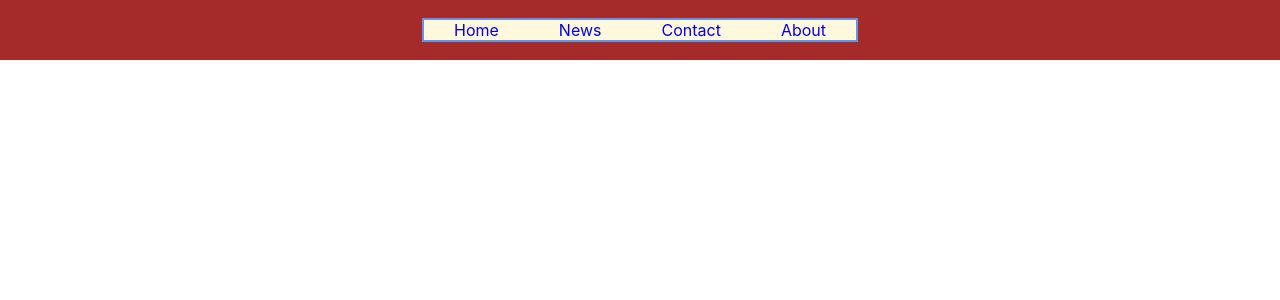
Repository: tusharpasricha/owlsomecoffee
Page: /
An editor plug-in stored every save of this project. The page is shown before and after the next save, followed by the edit.
The browser window is 1280 px wide. The pictures show the whole page.
The project was rebuilt for these pictures with package versions that can differ from the ones it lists, and the page was loaded fresh each time.

Above is the page before, as saved 2021-09-27 08:42:38.

### src/App.js

//import './App.css';
import Navbar from './components/navbar';

function App() {
  return (
    <div className="App">
     <Navbar>
     </Navbar>

    </div>
  );
}

export default App;

### src/components/navbar.js
import React from 'react'
import './navbar.css'

const Navbar = () => {
    return (
    <div className="nav">
<ul>
  <li><a href="default.asp">Home</a></li>
  <li><a href="news.asp">News</a></li>
  <li><a href="contact.asp">Contact</a></li>
  <li><a href="about.asp">About</a></li>
</ul>
    </div>
    )
}

export default Navbar

### src/components/navbar.css
*{
    margin: 0%;

}
div{
    background-color: brown;
    display: flex;
    justify-content: center;
    height: 60px;
    align-items: center;
}
 ul{
     background-color: cornflowerblue;
     display: flex;
     list-style-type: none;
     justify-content: center;
     padding: 2px;
 }
 li{
     background-color: cornsilk;
     padding-right: 30px;
     padding-left: 30px;
 }
 a{
     text-decoration: none;
 }

Loaded but not shown: public/index.html (common file); src/index.js (common file); src/index.css (common file)

After the next save:
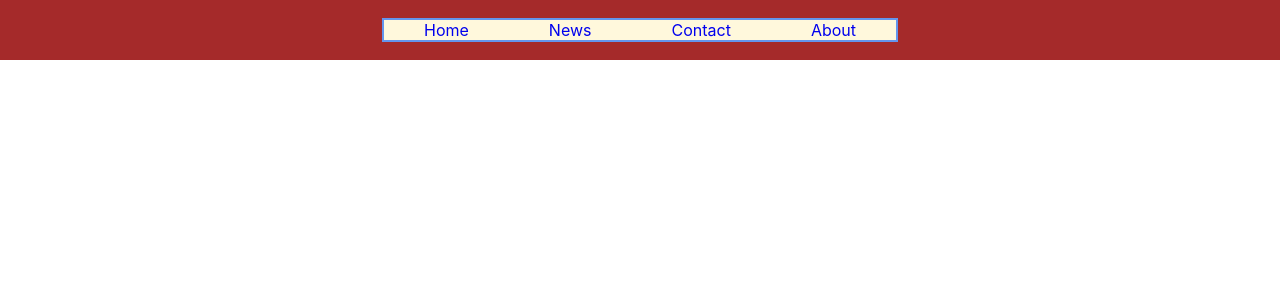
Saved 21 s later.
--- a/src/components/navbar.css
+++ b/src/components/navbar.css
@@ -18,8 +18,8 @@ div{
  }
  li{
      background-color: cornsilk;
-     padding-right: 30px;
-     padding-left: 30px;
+     padding-right: 40px;
+     padding-left: 40px;
  }
  a{
      text-decoration: none;
